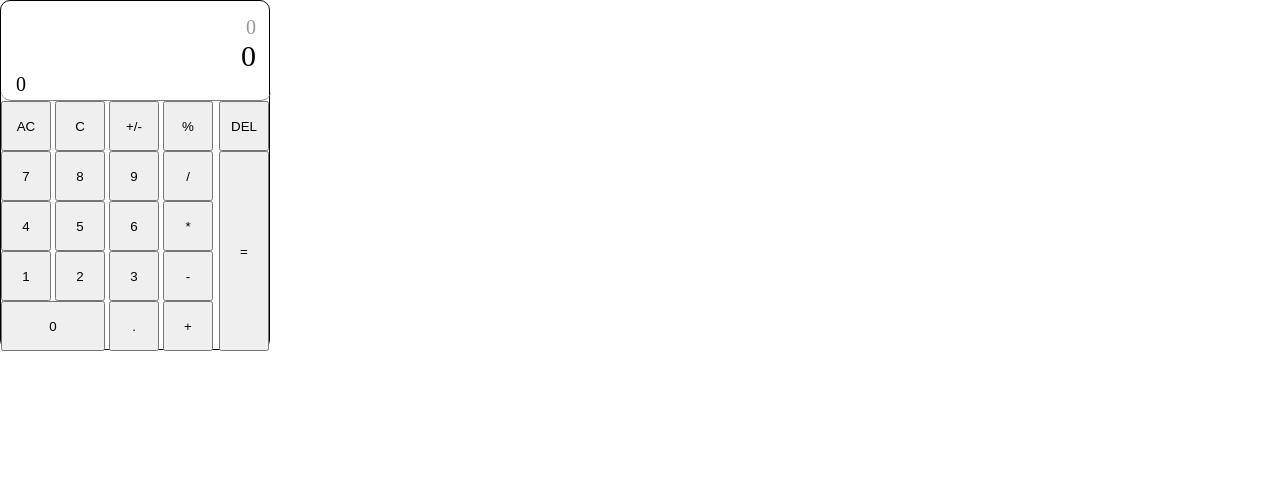
Repository: baziz22/Vanilla_JS_Projects
Page: claculator/index.html
The author's editor kept a copy of each file at every save. The page is drawn from the files as they stood at one save, then again after the next save.
The browser window is 1280 px wide. The pictures show the whole page.

Above is the page before, as saved 2022-03-02 03:11:42.
Console error: SyntaxError: Malformed arrow function parameter list

After the next save:
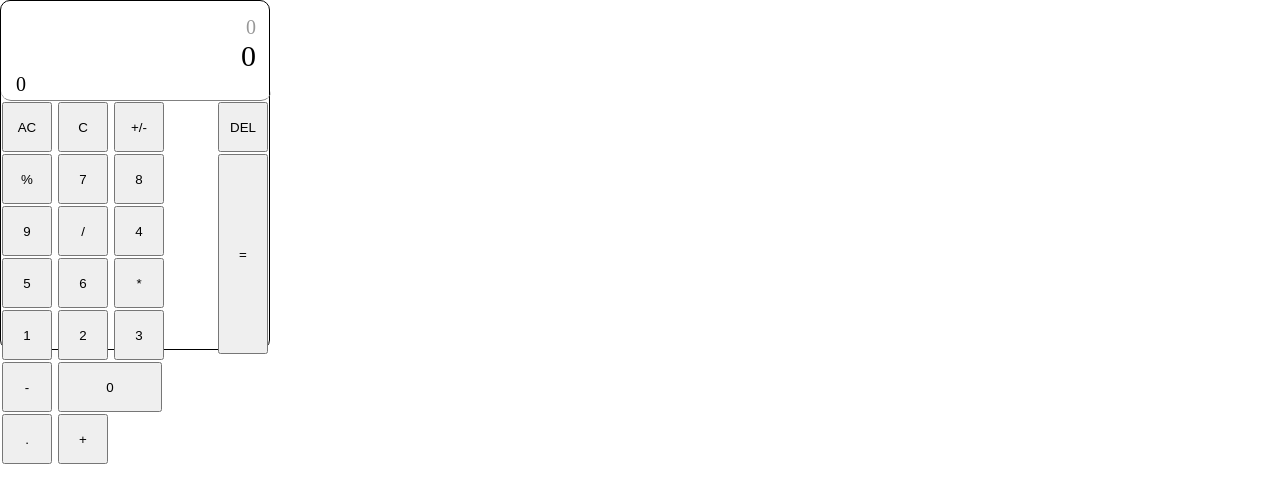
Saved 23 s later.
--- a/claculator/style.css
+++ b/claculator/style.css
@@ -17,7 +17,7 @@
 button,
 button::before,
 button::after {
-  margin: 0;
+  margin: 1px;
   padding: 0;
   width: 50px;
   height: 50px;
